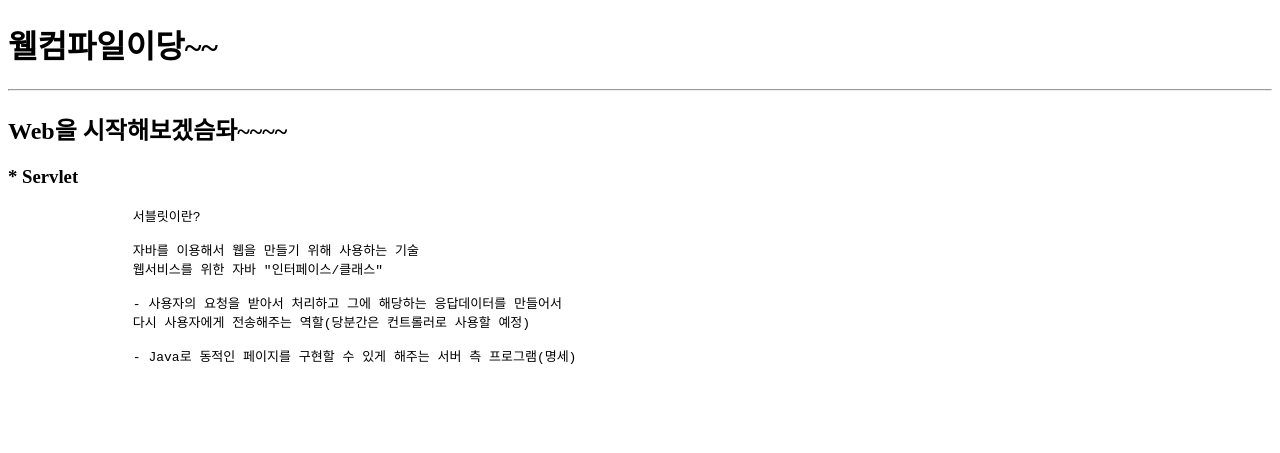
Repository: rlaehqkf/java_practice
Page: MyFirstWebProject/src/main/webapp/WEB-INF/index.html
These files come from the project's save history. The page is drawn as it stood at one moment and after the next save; the edit follows.
The browser window is 1280 px wide. The pictures show the whole page.

Above is the page before, as saved 2026-05-04 03:25:15.

After the next save:
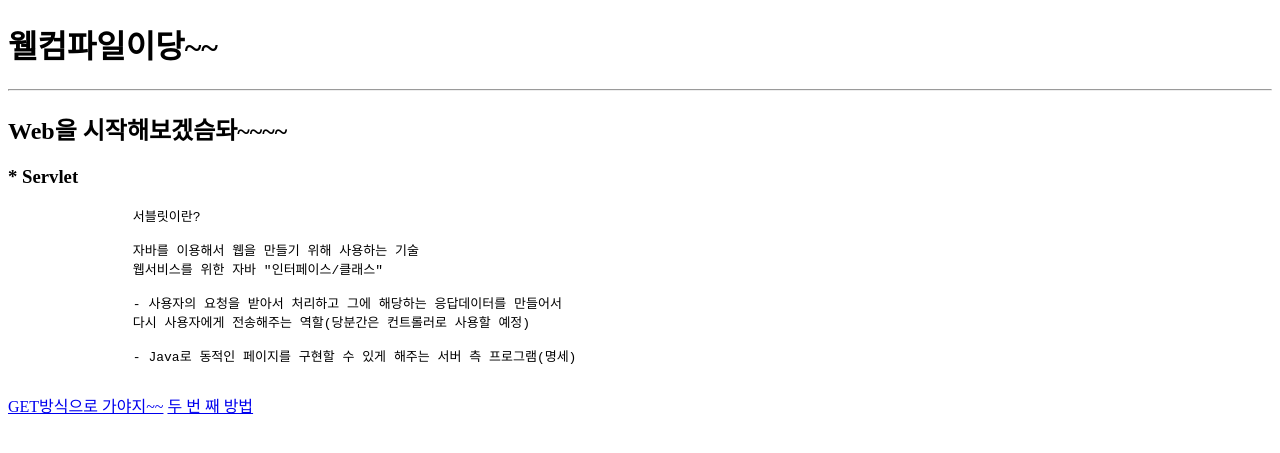
Saved 8 min 40 s later.
--- a/MyFirstWebProject/src/main/webapp/WEB-INF/index.html
+++ b/MyFirstWebProject/src/main/webapp/WEB-INF/index.html
@@ -76,8 +76,8 @@
 		- Java로 동적인 페이지를 구현할 수 있게 해주는 서버 측 프로그램(명세)
 	</pre>
 
-
-
+	<a href="http://localhost:8088/first/views/request_get.html">GET방식으로 가야지~~</a>
+	<a href="views/request_get.html">두 번 째 방법</a>
 
 
 
